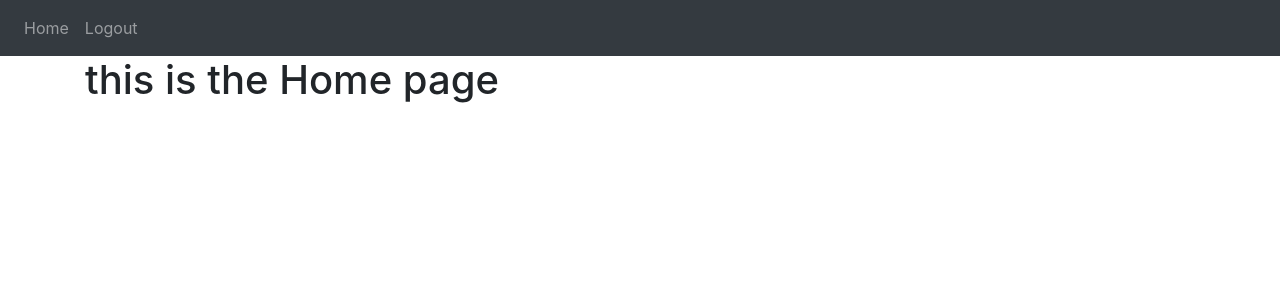
Repository: seafgomaa/userdashboard-flask
Page: http://localhost/
These files come from the project's save history. The page is drawn as it stood at one moment and after the next save; the edit follows.
The browser window is 1280 px wide. The pictures show the whole page.
Some web libraries are served in a nearby version. The page is served by the project's application, run on Flask 3 (website/__init__.py). The user the application loads for id 1 is signed in. Other server files are loaded and not shown. The page reads the database file committed with the project.

Above is the page before, as saved 2022-08-20 16:25:41.

### website/templates/home.html
{% extends "base.html" %}
{% block title %}Home{% endblock %}
{% block content %}
<h1> this is the Home page </h1>
{% endblock %}

### website/templates/base.html
<!DOCTYPE html>
<html>

<head>
    <meta charset="utf-8" />
    <meta name="viewport" content="width=device-width, initial-scale=1" />
    <link rel="stylesheet" href="https://stackpath.bootstrapcdn.com/bootstrap/4.4.1/css/bootstrap.min.css"
        integrity="sha384-Vkoo8x4CGsO3+Hhxv8T/Q5PaXtkKtu6ug5TOeNV6gBiFeWPGFN9MuhOf23Q9Ifjh" crossorigin="anonymous" />
    <link rel="stylesheet" href="https://stackpath.bootstrapcdn.com/font-awesome/4.7.0/css/font-awesome.min.css"
        crossorigin="anonymous" />

    <title>{% block title %}Home{% endblock %}</title>
</head>

<body>
    <nav class="navbar navbar-expand-lg navbar-dark bg-dark">
        <button class="navbar-toggler" type="button" data-toggle="collapse" data-target="#navbar">
            <span class="navbar-toggler-icon"></span>
        </button>
        <div class="collapse navbar-collapse" id="navbar">
            <div class="navbar-nav">
                {% if user.is_authenticated %}
                <a class="nav-item nav-link" id="home" href="/">Home</a>
                <a class="nav-item nav-link" id="logout" href="/logout">Logout</a>
                {%else%}
                <a class="nav-item nav-link" id="login" href="/login">Login</a>
                <a class="nav-item nav-link" id="signUp" href="/signup">Sign Up</a>
                {%endif%}
            </div>
        </div>
    </nav>
    {% with messages = get_flashed_messages(with_categories=true) %}
        {% if messages %}
            {% for category, message in messages %}
                {% if category == 'error' %}
                    <div class="alert alert-danger alter-dismissable fade show" role="alert">
                        {{ message }}
                        <button type="button" class="close" data-dismiss="alert">
                            <span aria-hidden="true">&times;</span>
                        </button>
                    </div>
                {% else %}
                    <div class="alert alert-success alter-dismissable fade show" role="alert">
                        {{ message }}
                        <button type="button" class="close" data-dismiss="alert">
                            <span aria-hidden="true">&times;</span>
                        </button>
                    </div>
                {% endif %}
            {% endfor %}
        {% endif %}
    {% endwith %}

    <div class="container">{% block content %} {% endblock %}</div>
    <script src="https://code.jquery.com/jquery-3.2.1.slim.min.js"
        integrity="sha384-KJ3o2DKtIkvYIK3UENzmM7KCkRr/rE9/Qpg6aAZGJwFDMVNA/GpGFF93hXpG5KkN"
        crossorigin="anonymous"></script>
    <script src="https://cdnjs.cloudflare.com/ajax/libs/popper.js/1.12.9/umd/popper.min.js"
        integrity="sha384-ApNbgh9B+Y1QKtv3Rn7W3mgPxhU9K/ScQsAP7hUibX39j7fakFPskvXusvfa0b4Q"
        crossorigin="anonymous"></script>
    <script src="https://maxcdn.bootstrapcdn.com/bootstrap/4.0.0/js/bootstrap.min.js"
        integrity="sha384-JZR6Spejh4U02d8jOt6vLEHfe/JQGiRRSQQxSfFWpi1MquVdAyjUar5+76PVCmYl"
        crossorigin="anonymous"></script>

    <script type="text/javascript" src="{{ url_for('static', filename='index.js') }}"></script>

</body>

</html>

### website/__init__.py
from flask import Flask
from flask_sqlalchemy import SQLAlchemy
from os import path
from flask_login import LoginManager

db = SQLAlchemy()
DB_NAME = 'database.db'


def create_app():
    app = Flask(__name__)
    app.config['SECRET_KEY'] = 'seaf'
    app.config['SQLALCHEMY_DATABASE_URI'] = f'sqlite:///{DB_NAME}'
    db.init_app(app)

    from .views import views
    from .auth import auth
    app.register_blueprint(views, url_prefix='/')
    app.register_blueprint(auth, url_prefix='/')

    from .models import Note, User
    create_database(app)
    login_manager = LoginManager()
    login_manager.login_view = 'auth.login'
    login_manager.init_app(app)

    @login_manager.user_loader
    def load_user(id):
        return User.query.get(int(id))

    return app


def create_database(app):
    if not path.exists('website/'+ DB_NAME):
        db.create_all(app=app)
        print('Database Created!')

### website/views.py
from flask import Blueprint, render_template
from flask_login import login_required, current_user

views = Blueprint('views', __name__)


@views.route('/')
@login_required
def home():
    return render_template("home.html" , user=current_user)

### website/database.db (the tables this page reads, as SQL)
CREATE TABLE user (
	id INTEGER NOT NULL, 
	name VARCHAR(150), 
	email VARCHAR(150), 
	password VARCHAR(150), 
	PRIMARY KEY (id)
);
INSERT INTO "user" VALUES
(1, 'seaf', 'seaf1993@hotmail.com', 'sha256$1Wiy5gmdxwbMlFy6$6263df5bc47d8700acab61f0726859d1b1a8714b52b6a2e8016fba96eb0c67e0');

Loaded but not shown: website/static/index.js (no copy from this time; the picture is the same without it)

After the next save:
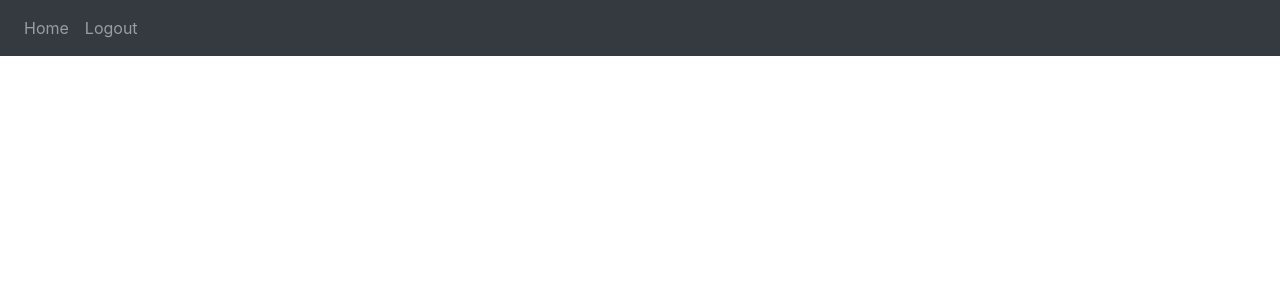
Saved 7 min 31 s later.
--- a/website/templates/home.html
+++ b/website/templates/home.html
@@ -1,5 +1,5 @@
 {% extends "base.html" %}
 {% block title %}Home{% endblock %}
 {% block content %}
-<h1> this is the Home page </h1>
+
 {% endblock %}
